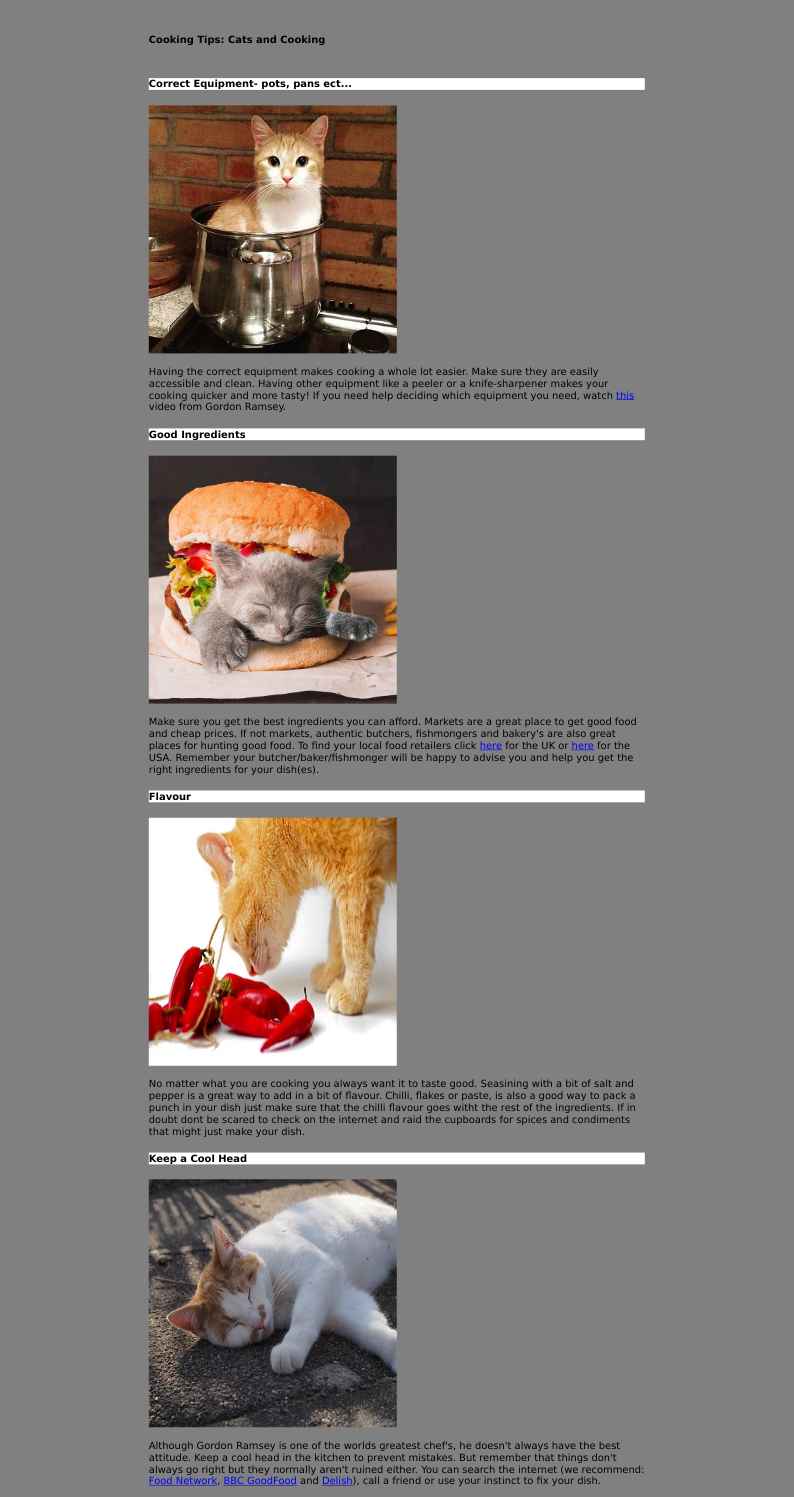
Repository: evamaltby/catsandcooking
Page: http://localhost/
The author's editor kept a record of every edit. The page is drawn from the files as they stood at one moment, then again after the next edit.
The browser window is 1280 px wide. The pictures show the whole page, at 62% of full size.
The page is run by PHP 8.4 with error messages shown; the project is at /var/www/html/. Other server files are loaded and not shown.

Above is the page before.
Not found: css/normalize.css

### index.html
<!DOCTYPE html>
<html lang="en">
<head>
    <meta charset="utf-B">
    <meta name="keywords" content="cooking tips, begginers cooking, kitchen tips, cats and cooking, cooking tips and tricks, cats">
    <meta name="description" content="Cooking tips to become a better cook. Tips to make your life in the kitchen a whole lot easier">

    <title>Cooking Tips: Cats and Cooking</title>


    <link rel="stylesheet" href="css/normalize.css">
    <link rel="stylesheet" href="css/style.css">

            <!--style

            body {
            background:lightgray;
            color: black;
            }


        <#/style> -->
    </head>

    <body>

    <div style="width:800px; margin:0 auto;">






            <h1><p style="font-family:verdana">Cooking Tips: Cats and Cooking </h1>
            <h2>        </h2>
            <h2><p style="font-family:verdana">Correct Equipment- pots, pans ect...</h2>
            <img src="Images/catpan.jpg" width="400" height="400" alt="A cat in a pan">
            <p><p style="font-family:verdana"> Having the correct equipment makes cooking a whole lot
            easier. Make sure they are easily accessible and clean.
            Having other equipment like a peeler or a knife-sharpener
            makes your cooking quicker and more tasty! If you need help deciding which
            equipment you need, watch <a href="https://www.youtube.com/watch?v=-av6cz9upO0" target="_blank">this</a> video from Gordon Ramsey.</p>

            <h2><p style="font-family:verdana">Good Ingredients</h2>
            <img src="Images/burgercat.jpg" width="400" height="400" alt="A cat with food">
            <p> <p style="font-family:verdana">Make sure you get the best ingredients you can afford.
            Markets are a great place to get good food and cheap prices.
            If not markets, authentic butchers, fishmongers and bakery's
            are also great places for hunting good food. To find your local food retailers click <a href="https://www.goodsixty.co.uk/" target="_blank">here</a> for the UK or <a href="https://www.eatwellguide.org/" target="_blank">here</a> for the USA. Remember your


            butcher/baker/fishmonger will be happy to advise you and help
            you get the right ingredients for your dish(es). </p>

            <h2><p style="font-family:verdana">Flavour</h2>
            <img src="Images/spicycat.jpg" width="400" height="400" alt="A cat sniffing chilli">
            <p><p style="font-family:verdana"> No matter what you are cooking you always
            want it to taste good. Seasining with a bit of salt
            and pepper is a great way to add in a bit of flavour.
            Chilli, flakes or paste, is also a good way to pack a
            punch in your dish just make sure that the chilli
            flavour goes witht the rest of the ingredients.
            If in doubt dont be scared to check on the internet
            and raid the cupboards for spices and condiments that
            might just make your dish. </p>

            <h2><p style="font-family:verdana">Keep a Cool Head</h2>
            <img src="Images/relaxcat.jpg" width="400" height="400" alt="Cat feeling relaxed">
            <p><p style="font-family:verdana"> Although Gordon Ramsey
            </a> is one of the worlds greatest
            chef's, he doesn't always have the best attitude. Keep a cool
            head in the kitchen to prevent mistakes. But remember
            that things don't always go right but they normally aren't
            ruined either. You can search the internet (we recommend: <a href="http://www.foodnetwork.co.uk/?utm_source=foodnetwork.com&utm_medium=domestic" target="_blank">Food Network</a>, <a href="https://www.bbcgoodfood.com/recipes" target="_blank">BBC GoodFood</a> and <a href="https://www.delish.com/" target="_blank">Delish</a>), call a friend or
            use your instinct to fix your dish.</p>

            </div>

        </body>
</html>

### css/style.css
body {
    background-position: center;
    background-attachment: fixed;
    -webkit-background-size:cover;
    -moz-background-size: cover;
    -o-background-size:cover;
    background-size:cover;
    background: grey;
}

#container {
    background: lightgrey; }

    h1 {
        font-size:80px;
        font-family:verdana;

    }

    h2 {
        font-size:30px;
        font: white;
        font-family:verdana;
        background: white;
    }

    p {
        font-size:16px;
        font-family:verdana;
    }

After the next edit:
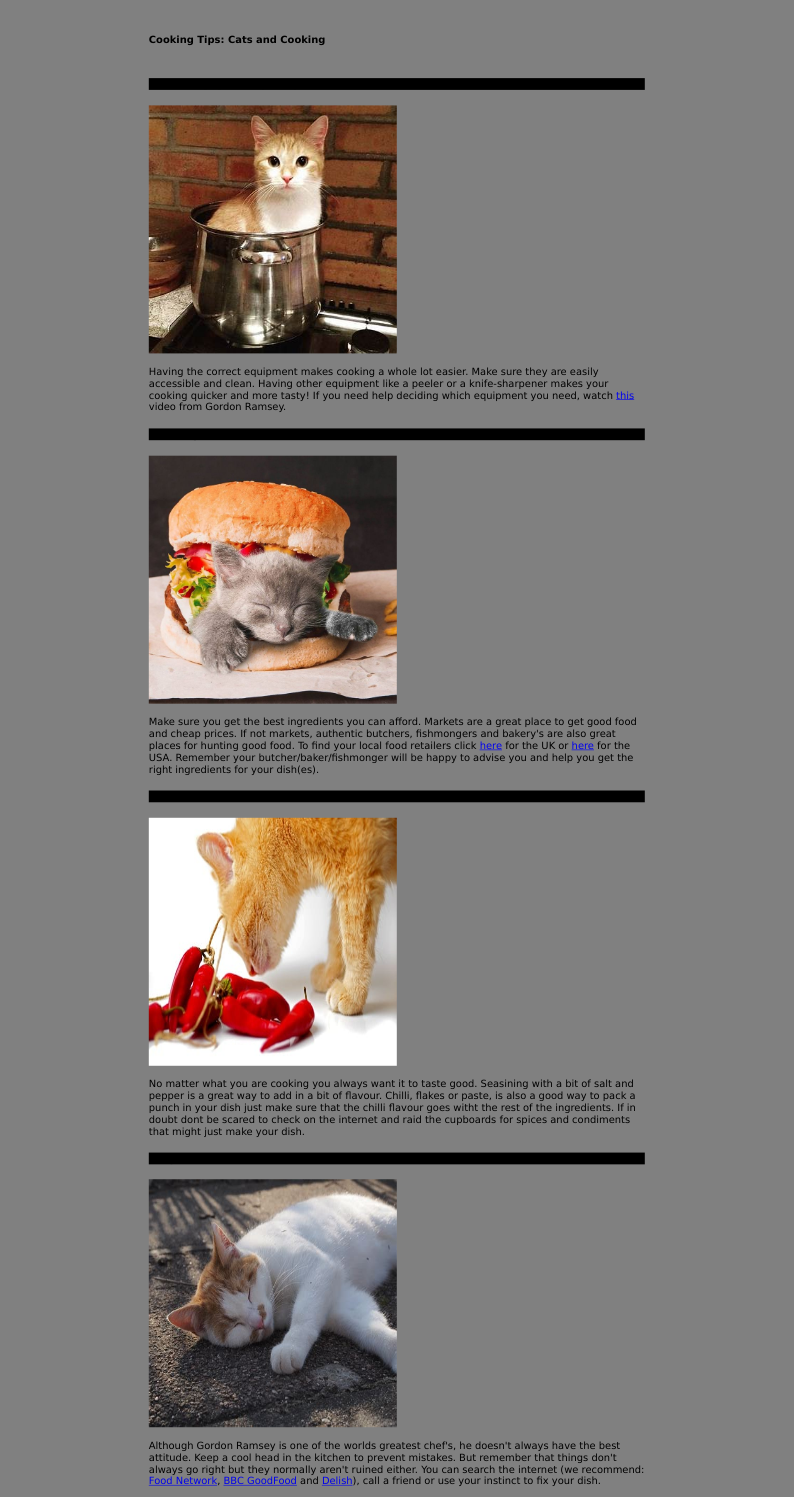
The edit:
--- a/css/style.css
+++ b/css/style.css
@@ -21,7 +21,7 @@
         font-size:30px;
         font: white;
         font-family:verdana;
-        background: white;
+        background: black;
     }
 
     p {
